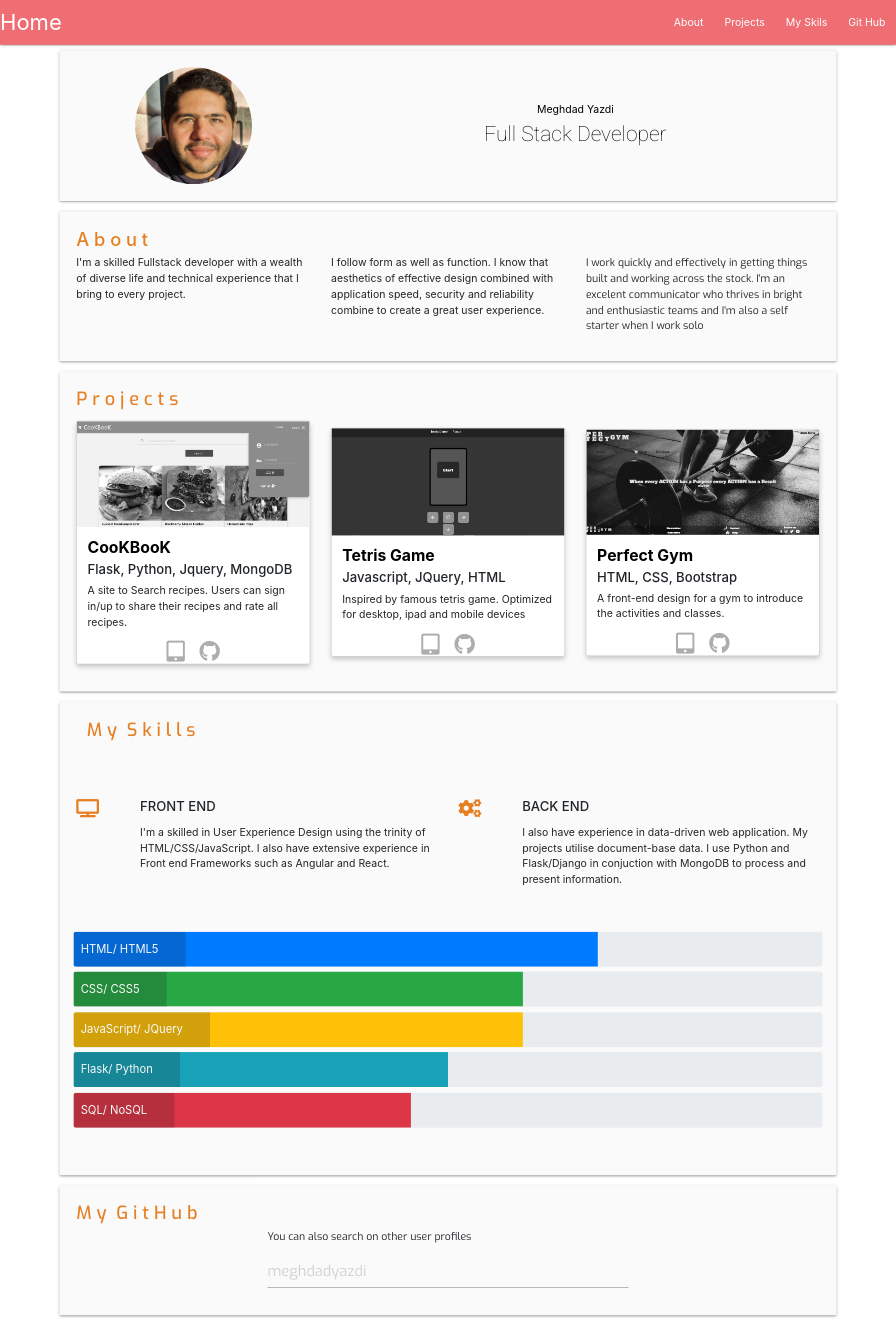
Repository: meghdadyazdi/SD_Res
Page: index.html
The author's editor kept a record of every edit. The page is drawn from the files as they stood at one moment, then again after the next edit.
The browser window is 1280 px wide. The pictures show the whole page, at 70% of full size.
Some web libraries are served in a nearby version.

Above is the page before.
Console error: ReferenceError: $ is not defined

### index.html
<!DOCTYPE html>
<html lang="en">

<head>
  <meta charset="UTF-8">
  <meta name="viewport" content="width=device-width, initial-scale=1.0">
  <meta http-equiv="X-UA-Compatible" content="ie=edge">
  <link rel="stylesheet" href="https://cdnjs.cloudflare.com/ajax/libs/materialize/1.0.0/css/materialize.min.css">
  <link href="https://fonts.googleapis.com/icon?family=Material+Icons" rel="stylesheet">
  <link rel="stylesheet" href="assets/style.css" type="text/css" />
  <link href="https://fonts.googleapis.com/css?family=Raleway:100,100i,200,200i,300,300i,400,400i,500,500i,600,600i,700,700i,800,800i,900,900i&display=swap&subset=latin-ext" rel="stylesheet">
  <link rel="stylesheet" href="https://stackpath.bootstrapcdn.com/bootstrap/4.4.1/css/bootstrap.min.css" integrity="sha384-Vkoo8x4CGsO3+Hhxv8T/Q5PaXtkKtu6ug5TOeNV6gBiFeWPGFN9MuhOf23Q9Ifjh" crossorigin="anonymous">
  <link href="https://fonts.googleapis.com/css?family=Roboto+Slab:400,700&display=swap" rel="stylesheet">
  <link rel="stylesheet" href="https://use.fontawesome.com/releases/v5.6.1/css/all.css"
		integrity="sha384-gfdkjb5BdAXd+lj+gudLWI+BXq4IuLW5IT+brZEZsLFm++aCMlF1V92rMkPaX4PP" crossorigin="anonymous">
  <link href="https://fonts.googleapis.com/css?family=Dosis&display=swap" rel="stylesheet">
  <script type="text/javascript" src="assets/js/github-information.js"></script>
  <title>Meghdad Yazdi's Resume</title>
</head>

<body>



  <nav>
    <div class="nav-wrapper">
      <a href="#!" class="brand-logo">Home</a>
      <a href="#" data-target="mobile-demo" class="sidenav-trigger"><i class="material-icons">menu</i></a>
      <ul class="right hide-on-med-and-down">
        <li><a href="#about">About</a></li>
        <li><a href="#projects">Projects</a></li>
        <li><a href="#skills">My Skils</a></li>
        <li><a href="#github">Git Hub</a></li>
      </ul>
    </div>
    <ul class="sidenav text-font" id="mobile-demo">
        <li><a href="#about">About</a></li>
        <li><a href="#projects">Projects</a></li>
        <li><a href="#skills">My Skils</a></li>
        <li><a href="#github">Git Hub</a></li>
    </ul>
  </nav>


  <section class="container">
    <div class="card-panel grey lighten-5 z-depth-1">
      <div class="row valign-wrapper">
        <div class="col-sm-4 center">
          <!--<div class="col my_img">-->
          <img src="assets/images/meghdad_res2.jpg" alt="" class="circle responsive-img center">
          <!-- notice the "circle" class -->
          <!--</div>-->
        </div>
        <div class="col-sm-8 center">
          <div class="row">
            <div class="col-sm-12 center">
              <span class="black-text name-font">
                Meghdad Yazdi
              </span>
            </div>
            <div class="col-sm-12 center">
              <span class="black-text my_font">
                Full Stack Developer
              </span>
            </div>
          </div>
        </div>
      </div>
    </div>
  </section>

  <section class="container">
    <div class="card-panel grey lighten-5 z-depth-1">
      <div class="row">
        <div class="col-sm-12 text-font">
          <h3 id="about" class="three-reasons-icon">A b o u t</h3>
        </div>
        <div class="col-sm-6 col-md-4 text-font m0">

          <p>
            I'm a skilled Fullstack developer with a wealth of diverse life and technical experience that I bring to every project.
          </p>
        </div>
        <div class="col-sm-6 col-md-4 text-font m0">
          <!--<h3>HOW DO I DO IT?</h3>-->
          <p>
            I follow form as well as function. I know that aesthetics of effective design combined with application speed, security and reliability combine to create a great user experience.
          </p>
        </div>
        <div class="col-sm-6 col-md-4 text_font m0">
          <!--<h3>WHY HIRE ME</h3>-->
          <p>
            I work quickly and effectively in getting things built and working across the stock. I'm an excelent communicator who thrives in bright and enthusiastic teams and I'm also a self starter when I work solo
          </p>
        </div>
      </div>
    </div>
  </section>


  <section class="container">
    <div class="card-panel grey lighten-5 z-depth-1">

      <div class="row align-items-center">
        <div class="col-sm-12 text_font">
          <h3 id="projects" class="three-reasons-icon">P r o j e c t s</h3>
        </div>

      <div class="col-sm-12 col-md-6 col-lg-4">
      <div id="cook" class="card">
        <img id="img-cook"  src="assets/images/cookbook.png" alt="CooKBooK" class="work-img" style="width:100%">
        <div class="container">
          <h4><b>CooKBooK</b></h4>
          <h5>Flask, Python, Jquery, MongoDB</h5>
          <p>A site to Search recipes. Users can sign in/up to share their recipes and rate all recipes.</p>
          <div class="par"><a href="https://cookbook-meghdad.herokuapp.com" target="_blank"><i class="fas fa-tablet-alt"></i></a>
          &nbsp&nbsp&nbsp&nbsp<a href="https://github.com/meghdadyazdi/cookbook" target="_blank"><i class="fab fa-github"></i></a></div>
        </div>
      </div>
      </div>


      <div class="col-sm-12 col-md-6 col-lg-4">
      <div id="tetris" class="card">
        <img id="img-tetris" src="assets/images/Tetris.png" alt="Tetris Game" class="work-img" style="width:100%">
        <div class="container">
          <h4><b>Tetris Game</b></h4>
          <h5>Javascript, JQuery, HTML</h5>
          <p>Inspired by famous tetris game. Optimized for desktop, ipad and mobile devices</p>
          <div class="par"><a href="https://meghdadyazdi.github.io/IFD-Milestone/" target="_blank"><i class="fas fa-tablet-alt"></i></a>
          &nbsp&nbsp&nbsp&nbsp<a href="https://github.com/meghdadyazdi/IFD-Milestone" target="_blank"><i class="fab fa-github"></i></a></div>
        </div>
      </div>
      </div>


      <div class="col-sm-12 col-md-6 col-lg-4">
      <div id="gym" class="card">
        <img id="img-gym" src="assets/images/gym.png" alt="Gym" class="work-img" style="width:100%">
        <div class="container">
          <h4><b>Perfect Gym</b></h4>
          <h5>HTML, CSS, Bootstrap</h5>
          <p>A front-end design for a gym to introduce the activities and classes.</p>
          <div class="par"><a href="https://meghdadyazdi.github.io/UCFD-Milestone/index.html" target="_blank"><i class="fas fa-tablet-alt"></i></a>
          &nbsp&nbsp&nbsp&nbsp<a href="https://github.com/meghdadyazdi/UCFD-Milestone" target="_blank"><i class="fab fa-github"></i></a></div>
        </div>
      </div>
      </div>

      </div>

    </div>
  </section>

  <section class="container">
    <div class="card-panel grey lighten-5 z-depth-1">

                <div class="col-sm-12 text_font">
                   <h3 id="skills" class="three-reasons-icon">M y  &nbspS k i l l s</h3>
                </div>
                <div class="row">
                    <div class="col-10 offset-1 offset-sm-0 col-sm-6">
                        <div class="row">
                            <div class="col-2">
                                <i class="three-reasons-icon fa fa-tv" aria-hiden="true"></i>
                            </div>
                            <div class="col-10">
                                <h5 class="three-reasons-heading uppercase">FRONT END</h5>
                                <p>I'm a skilled in User Experience Design using the trinity of HTML/CSS/JavaScript.
                                I also have extensive experience in Front end Frameworks such as Angular and React.
                                </p>
                            </div>
                        </div>
                    </div>
                    <div class="col-10 offset-1 offset-sm-0 col-sm-6">
                        <div class="row">
                            <div class="col-2">
                                <i class="three-reasons-icon fa fa-cogs" aria-hiden="true"></i>
                            </div>
                            <div class="col-10">
                                <h5 class="three-reasons-heading uppercase">BACK END</h5>
                                <p>
                                    I also have experience in data-driven web application. My projects utilise document-base data. I use Python and Flask/Django in conjuction with MongoDB to process and present information.
                                </p>
                            </div>
                        </div>
                    </div>
                </div>


                <div class="row progress-section">
                    <div class="col">
                        <div class="progress">
                            <div class="progress-bar" role="progressbar" aria-valuenow="90" aria-valuemin="0" aria-valuemax="100" style="width:70%;">
                                <span class="sr-only">70% complete</span>
                            </div>
                            <span class="progress-type progress-font">HTML/ HTML5</span>
                        </div>
                        <div class="progress">
                            <div class="progress-bar bg-success" role="progressbar" aria-valuenow="70" aria-valuemin="0" aria-valuemax="100" style="width:60%;">
                                <span class="sr-only">600% complete</span>
                            </div>
                            <span class="progress-type progress-font">CSS/ CSS5</span>
                        </div>

                        <div class="progress">
                            <div class="progress-bar bg-warning" role="progressbar" aria-valuenow="80" aria-valuemin="0" aria-valuemax="100" style="width:60%;">
                                <span class="sr-only">60% complete</span>
                            </div>
                            <span class="progress-type progress-font">JavaScript/ JQuery</span>
                        </div>
                        <div class="progress">
                            <div class="progress-bar bg-info" role="progressbar" aria-valuenow="75" aria-valuemin="0" aria-valuemax="100" style="width:50%;">
                                <span class="sr-only">50% complete</span>
                            </div>
                            <span class="progress-type progress-font">Flask/ Python</span>
                        </div>
                        <div class="progress">
                            <div class="progress-bar bg-danger" role="progressbar" aria-valuenow="80" aria-valuemin="0" aria-valuemax="100" style="width:45%;">
                                <span class="sr-only">45% complete</span>
                            </div>
                            <span class="progress-type progress-font">SQL/ NoSQL</span>
                        </div>
                    </div>
                </div>

    </div>
  </section>

  <section class="container">
    <div class="card-panel grey lighten-5 z-depth-1">
      <div class="row bg-color-contact">

        <div class="col-sm-12 text_font">
                   <h3 id="github" class="three-reasons-icon">M y &nbspG i t H u b</h3>
                </div>

        <div class="col-md-6 offset-md-3 center-form text_font">

          <p>
            You can also search on other user profiles
          </p>

        </div>
        <div class="col-md-6 offset-md-3 center-form text_font">
          <input type="text" id="gh-username" placeholder="meghdadyazdi" value="" oninput="fetchGitHubInformation()" />
          <div id="gh-user-data"></div>
          <div id="gh-repo-data"></div>
        </div>
      </div>
    </div>
  </section>












</body>
<script src="https://cdnjs.cloudflare.com/ajax/libs/jquery/3.4.1/jquery.min.js" integrity="sha256-CSXorXvZcTkaix6Yvo6HppcZGetbYMGWSFlBw8HfCJo=" crossorigin="anonymous"></script>
<script src="https://cdnjs.cloudflare.com/ajax/libs/materialize/1.0.0/js/materialize.min.js"></script>
<script type="text/javascript" src="assets/js/jquery.js"></script>
<script type="text/javascript" src="">
  $(document).ready(function() {
    $('.sidenav').sidenav();
  });
</script>

</html>

### assets/style.css
@import url('https://fonts.googleapis.com/css?family=Roboto:100,200,300,400,500,600,700|Exo:100,200,300,400,500,600,700');


.row .col.m2 {
    width: 50%;
    margin: 0;
}
.row .col.s12 {
    width: 50%;
    margin: 0;
}
.card-panel{
    position: relative;
}
.dark-bg{
    background-color: #676767;
}
.center {
  display: block;
  margin-left: auto;
  margin-right: auto;
  width: 50%;
}

img.responsive-img, video.responsive-video {
    max-width: 50%;
    /*position: absolute;*/
    /*top: 50%;*/
    /*left: 50%;*/
    /*margin-right: -50%;*/
    /*transform: translate(-50%, -50%)*/
}
.name_font{
    /*font-family: 'Dosis', sans-serif;*/
    font-family: "Roboto", sans-serif;
    font-size: 2.5rem;
    font-weight: 400;
    text-align: center;
}
.my_font{
    /*font-family: 'Dosis', sans-serif;*/
    font-family: "Roboto", sans-serif;
    font-size: 2rem;
    /*text-align: center;*/
    font-weight: 100;
}
.text_font{
    /*font-family: 'Dosis', sans-serif;*/
    font-family: "Exo", sans-serif;
    font-size: 1rem;
    /*text-align: center;*/
    font-weight: 400;
}
.row{
    margin: 0;
}

.m0{
  margin: 0 !important;
}

.p0{
  padding: 0 !important;
}

.row .col-sm-6{
  margin-top: 5rem;
}

a:hover {
    color: #fff !important;
    text-decoration: none !important;
}

.card {
  box-shadow: 0 4px 8px 0 rgba(0,0,0,0.2);
  transition: 0.3s;
  width: 100%;
}

.card:hover {
  box-shadow: 0 8px 90px 0 rgba(0,0,0,1);
}

.mauto{
  margin: auto !important;
}

.fa-tablet-alt{
  font-size: 30px;
  color: #adadad
}

.fa-tablet-alt:hover{
  transform: rotate(5deg);
  color: #5a5a5a;
}

.fa-github{
  font-size: 30px;
  color: #adadad
}

.fa-github:hover{
  transform: rotate(5deg);
  color: #5a5a5a;
}

.par{
  text-align: center;
}

.work-img{
  filter: grayscale(100%);
}

/*.work-img:hover{*/
/*  filter: grayscale(20%);*/
/*}*/

h4{
  margin-top: 1rem !important;
  color: #000;
}

.card-img{

}



/*__________________________Skils______________________________*/

.progress{
    position: relative;
    height: 50px !important;
    margin-bottom: 4px;
}

.progress-type{
    position: absolute;
    left: 0;
    font-weight: 400;
    padding: 12px 39px 19px 10px;
    color: #fafafa;
    background-color: rgba(25,25,25,.2)
}

.progress-section{
    margin: 40px 40px;
}

.progress-font{
  font-size: 16px;
}

/*___________________________three reason___________________________________*/

.three-reasons-icon{
    font-size: 26px;
    color: #e67e22;
}

.three-reasons-heading{
    margin-bottom: 15px;
}


/*__________________________Github_____________________________*/
#search-area {
  display: block;
  max-width: 70%;
  margin: 0 auto;
  background: #fff;
  padding: 15px 25px;
  -webkit-box-shadow: 1px 2px 3px -1px rgba(0, 0, 0, 0.4);
  -moz-box-shadow: 1px 2px 3px -1px rgba(0, 0, 0, 0.4);
  box-shadow: 1px 2px 3px -1px rgba(0, 0, 0, 0.4);
  -webkit-border-radius: 4px;
  -moz-border-radius: 4px;
  border-radius: 4px;
}

#gh-api-data {
  display: block;
  padding: 25px 0;
}

#loader {
  display: block;
  width: 200px;
  height: 200px;
  margin: 0 auto;
}


/* page content styles */

.small-name {
  font-size: 0.75em;
  color: #a9a9a9;
  font-style: italic;
}

.avi {
  float: left;
  margin-right: 7px;
  margin-bottom: 7px;
}

.avi img {
  border: 1px solid #ccc;
  padding: 3px;
}

.repo-list {
  display: block;
  clear: both;
  width: 100%;
}

.repo-list ul {
  font-size: 1.2em;
}

.repo-list ul li {
  display: block;
}

.repo-list ul li a {
  font-weight: bold;
  padding: 6px 9px;
  display: block;
  float: left;
  margin-right: 10px;
  margin-bottom: 10px;
  text-decoration: none;
  border: 1px solid #356492;
  -webkit-border-radius: 3px;
  -moz-border-radius: 3px;
  border-radius: 3px;
  color: #fff;
  background-color: #3673af;
  background-image: -webkit-gradient(linear, left top, left bottom, from(#5597d8), to(#3673af));
  background-image: -webkit-linear-gradient(top, #5597d8, #3673af);
  background-image: -moz-linear-gradient(top, #5597d8, #3673af);
  background-image: -ms-linear-gradient(top, #5597d8, #3673af);
  background-image: -o-linear-gradient(top, #5597d8, #3673af);
  background-image: linear-gradient(top, #5597d8, #3673af);
}

.repo-list ul li a:hover {
  background-color: #396895;
  background-image: -webkit-gradient(linear, left top, left bottom, from(#4b87c2), to(#396895));
  background-image: -webkit-linear-gradient(top, #4b87c2, #396895);
  background-image: -moz-linear-gradient(top, #4b87c2, #396895);
  background-image: -ms-linear-gradient(top, #4b87c2, #396895);
  background-image: -o-linear-gradient(top, #4b87c2, #396895);
  background-image: linear-gradient(top, #4b87c2, #396895);
}

.repo-list ul li a:active {
  -webkit-box-shadow: inset 0 3px 5px rgba(0, 0, 0, 0.25);
  -moz-box-shadow: inset 0 3px 5px rgba(0, 0, 0, 0.25);
  box-shadow: inset 0 3px 5px rgba(0, 0, 0, 0.25);
}

.repo-list ul li a span {
  font-family: "Courier New", Courier, "Lucida Typewriter", monospace;
  font-size: 0.9em;
}

/* input field */

#gh-username {
  display: block;
  padding: 0;
  font-size: 1.4em;
  color: #666;
  /*max-width: 550px;*/
  margin-bottom: 15px;
}


#gh-submit {
  display: inline-block;
  padding: 8px 18px;
  font-size: 14px;
  font-weight: bold;
  color: #444;
  text-decoration: none;
  text-shadow: 0 1px 0 rgba(255, 255, 255, 0.8);
  background-color: #eaeaea;
  background-image: -webkit-linear-gradient(#fafafa, #eaeaea);
  background-image: -moz-linear-gradient(#fafafa, #eaeaea);
  background-image: -ms-linear-gradient(top, #fafafa, #eaeaea);
  background-image: -o-linear-gradient(top, #fafafa, #eaeaea);
  background-image: linear-gradient(#fafafa, #eaeaea);
  border-radius: 3px;
  border: 1px solid #ddd;
  border-bottom-color: #c5c5c5;
  -webkit-box-shadow: 0 1px 3px rgba(0, 0, 0, 0.05);
  -moz-box-shadow: 0 1px 3px rgba(0, 0, 0, 0.05);
  box-shadow: 0 1px 3px rgba(0, 0, 0, 0.05);
}

#gh-submit:hover {
  background-color: #dadada;
  background-image: -webkit-linear-gradient(#eaeaea, #dadada);
  background-image: -moz-linear-gradient(#eaeaea, #dadada);
  background-image: -ms-linear-gradient(top, #eaeaea, #dadada);
  background-image: -o-linear-gradient(top, #eaeaea, #dadada);
  background-image: linear-gradient(#eaeaea, #dadada);
  border-color: #ccc #ccc #b5b5b5;
}

#gh-submit:active {
  background-color: #dadada;
  background-image: none;
  border-color: #b5b5b5;
  -webkit-box-shadow: inset 0 3px 5px rgba(0, 0, 0, 0.25);
  -moz-box-shadow: inset 0 3px 5px rgba(0, 0, 0, 0.25);
  box-shadow: inset 0 3px 5px rgba(0, 0, 0, 0.25);
}

### assets/js/github-information.js
function userInformationHTML(user) {
    return `
        <h2>${user.name}
            <span class="small-name">
                (@<a href="${user.html_url}" target="_blank">${user.login}</a>)
            </span>
        </h2>
        <div class="gh-content">
            <div class="gh-avatar">
                <a href="${user.html_url}" target="_blank">
                    <img src="${user.avatar_url}" width="80" height="80" alt="${user.login}" />
                </a>
            </div>
            <p>Followers: ${user.followers} - Following ${user.following} <br> Repos: ${user.public_repos}</p>
        </div>`;
}

function repoInformationHTML(repos) {
    if (repos.length == 0) {
        return `<div class="clearfix repo-list">No repos!</div>`;
    }

    var listItemsHTML = repos.map(function(repo) {
        return `<li>
                    <a href="${repo.html_url}" target="_blank">${repo.name}</a>
                </li>`;
    });

    return `<div class="clearfix repo-list">
                <p>
                    <strong>Repo List:</strong>
                </p>
                <ul>
                    ${listItemsHTML.join("\n")}
                </ul>
            </div>`;
}

function fetchGitHubInformation(event) {
    $("#gh-user-data").html("");
    $("#gh-repo-data").html("");

    var username = $("#gh-username").val();
    if (!username) {
        $("#gh-user-data").html(`<h6>Please enter a GitHub username</h6>`);
        return;
    }

    $("#gh-user-data").html(
        `<div id="loader">
            <img src="images/loader.gif" alt="loading..." />
        </div>`);

    $.when(
        $.getJSON(`https://api.github.com/users/${username}`),
        $.getJSON(`https://api.github.com/users/${username}/repos`)
    ).then(
        function(firstResponse, secondResponse) {
            var userData = firstResponse[0];
            var repoData = secondResponse[0];
            $("#gh-user-data").html(userInformationHTML(userData));
            $("#gh-repo-data").html(repoInformationHTML(repoData));
        },
        function(errorResponse) {
            if (errorResponse.status === 404) {
                $("#gh-user-data").html(
                    `<h2>No info found for user ${username}</h2>`);
            } else if (errorResponse.status === 403) {
                var resetTime = new Date(errorResponse.getResponseHeader('X-RateLimit-Reset') * 1000);
                $("#gh-user-data").html(`<h4>Too many requests, please wait until ${resetTime.toLocaleTimeString()}</h4>`);
            }
            else {
                console.log(errorResponse);
                $("#gh-user-data").html(
                    `<h2>Error: ${errorResponse.responseJSON.message}</h2>`);
            }
        });
}

$(document).ready(fetchGitHubInformation);

### assets/js/jquery.js
$(document).ready(function(){
    $('.sidenav').sidenav();
    $('#cook').mouseenter(function (){
        $('#img-cook').removeClass('work-img');
    });
    $('#cook').mouseleave(function (){
        $('#img-cook').addClass('work-img');
    });
    $('#tetris').mouseenter(function (){
        $('#img-tetris').removeClass('work-img');
    });
    $('#tetris').mouseleave(function (){
        $('#img-tetris').addClass('work-img');
    });
    $('#gym').mouseenter(function (){
        $('#img-gym').removeClass('work-img');
    });
    $('#gym').mouseleave(function (){
        $('#img-gym').addClass('work-img');
    });

    $("a").on('click', function(event) {

    // Make sure this.hash has a value before overriding default behavior
    if (this.hash !== "") {
      // Prevent default anchor click behavior
      event.preventDefault();

      // Store hash
      var hash = this.hash;

      // Using jQuery's animate() method to add smooth page scroll
      // The optional number (800) specifies the number of milliseconds it takes to scroll to the specified area
      $('html, body').animate({
        scrollTop: $(hash).offset().top
      }, 1000, function(){

        // Add hash (#) to URL when done scrolling (default click behavior)
        window.location.hash = hash;
      });
    } // End if
  });
  });

After the next edit:
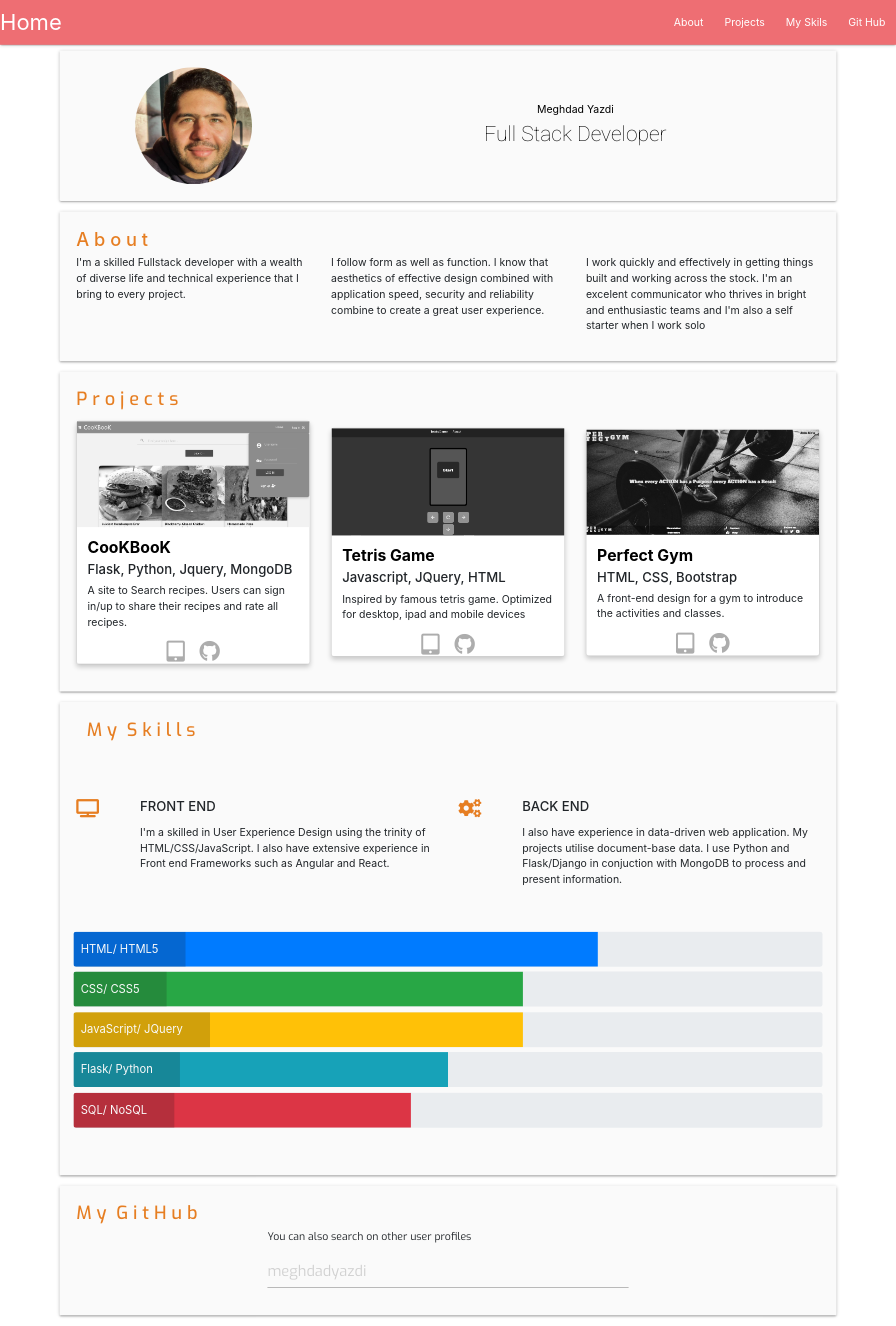
The edit:
--- a/index.html
+++ b/index.html
@@ -87,7 +87,7 @@
             I follow form as well as function. I know that aesthetics of effective design combined with application speed, security and reliability combine to create a great user experience.
           </p>
         </div>
-        <div class="col-sm-6 col-md-4 text_font m0">
+        <div class="col-sm-6 col-md-4 text-font m0">
           <!--<h3>WHY HIRE ME</h3>-->
           <p>
             I work quickly and effectively in getting things built and working across the stock. I'm an excelent communicator who thrives in bright and enthusiastic teams and I'm also a self starter when I work solo
